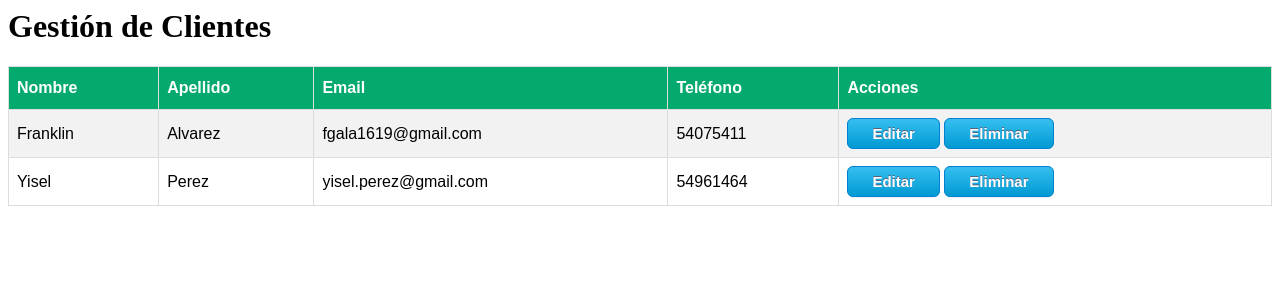
Repository: fgala1619/frontSistGestionBank
Page: index.html
These files come from the project's save history. The page is drawn as it stood at one moment and after the next save; the edit follows.
The browser window is 1280 px wide. The pictures show the whole page.

Above is the page before, as saved 2023-07-08 23:00:24.

After the next save:
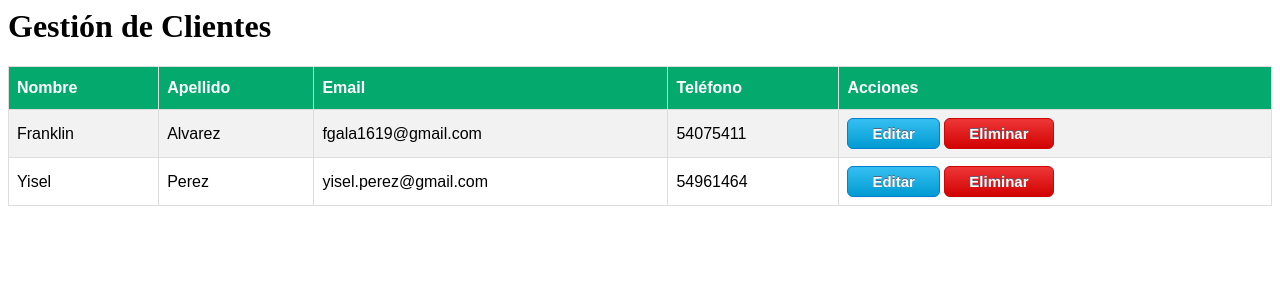
Saved 29 s later.
--- a/index.html
+++ b/index.html
@@ -16,7 +16,7 @@
         <td>54075411</td>
         <td>
             <a href="#" class="myButton">Editar</a>
-            <a href="#" class="myButton">Eliminar</a>
+            <a href="#" class="btnDelete">Eliminar</a>
         </td>
     </tr>
 
@@ -27,7 +27,7 @@
         <td>54961464</td>
         <td>
             <a href="#" class="myButton">Editar</a>
-            <a href="#" class="myButton">Eliminar</a>
+            <a href="#" class="btnDelete">Eliminar</a>
         </td>
     </tr>
 </table>
